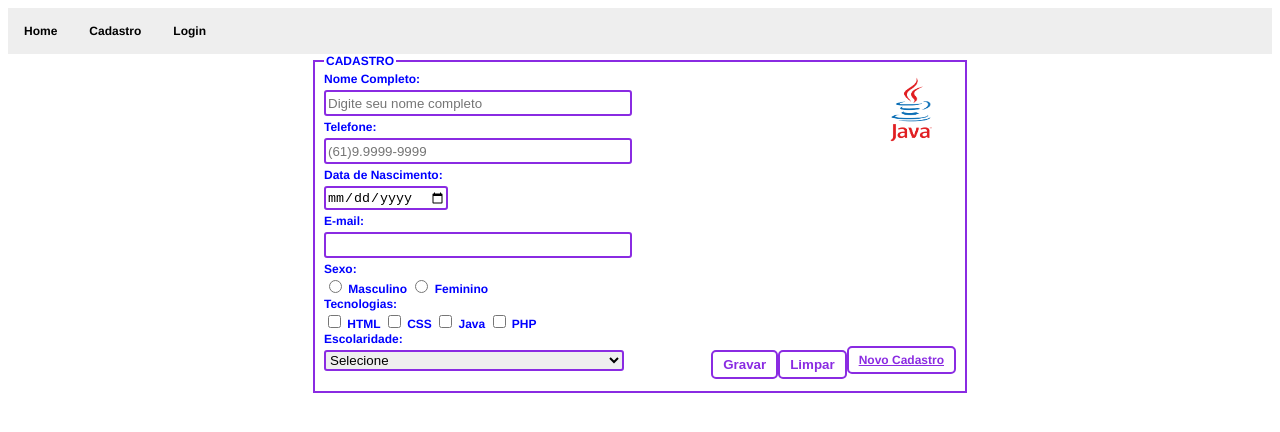
Repository: weristec/form-web
Page: http://localhost/form-cadas-pessoa/form-cadastro.jsp
The author's editor kept a copy of each file at every save. The page is drawn from the files as they stood at one save, then again after the next save.
The browser window is 1280 px wide. The pictures show the whole page.
The page is served by Tomcat 9. Nobody is signed in. The application's start-up code is not run. Other server files are loaded and not shown. Queries for data that is not in the repository find no rows.

Above is the page before, as saved 2021-08-23 20:59:19.
Console error: TypeError: Cannot read properties of null (reading 'setAttribute')

### form-cadas-pessoa/src/main/webapp/form-cadastro.jsp
<%@page import="org.senai.dao.PessoaDao"%>
<%@page import="org.senai.model.Pessoa"%>
<%@ page language="java" contentType="text/html; charset=UTF-8"
	pageEncoding="UTF-8"%>
<!DOCTYPE html>
<html>
<head>
<meta charset="UTF-8">
<title>Insert title here</title>
<link rel="stylesheet" href="css/estilo.css">

    <style>
        .bloco-inline label,
        .bloco-inline input,
        .bloco-inline * {
            display: inline;
        }
    </style>
</head>
<body>
	<%@ include file="menu.jsp"%>
	<%
	Pessoa p = new Pessoa();
	try {
		int id = Integer.parseInt(request.getParameter("id"));
		PessoaDao dao = new PessoaDao();
		p = dao.getPessoa(id);
	} catch (Exception e) {
	}
	//out.print(id);
	%>
    <form action="cadastro">
    <input type="hidden" name="id" value="<%=p.getId()%>">
        <fieldset>
            <legend>CADASTRO</legend>
            <img id="img-java" src="img/java.png" alt="imagem java">
            <label for="nome">Nome Completo:</label>
            <input class="larguraTexto" type="text" id="nome" name="nome"
                placeholder="Digite seu nome completo" value="<%=p.getNomeCompleto()%>">

            <label for="telefone">Telefone:</label>
            <input class="larguraTexto" type="text" placeholder="(61)9.9999-9999"
            	 id="tel" name="tel" value="<%=p.getTelefone()%>">

            <label for="dtNascimento">Data de Nascimento:</label>
            <input class="larguraTexto" type="date"
            	 id="nasc" name="nasc" value="<%=p.getDtNascimento()%>">

            <label for="email">E-mail:</label>
            <input class="larguraTexto" type="email" id="email"
            	name="email" value="<%=p.getEmail()%>">

            <label for="sexo">Sexo:</label>
            <div class="bloco-inline">
                <input type="radio" id="masc" name="sexo" value="m"> <label for="masc"> Masculino</label>
                <input type="radio" id="fem" name="sexo" value="f"> <label for="fem"> Feminino</label>
            </div>

            <label for="">Tecnologias:</label>
            <div class="bloco-inline">
                <input type="checkbox" id="html" name="tecnologia" value="html"> <label for="html"> HTML</label>
                <input type="checkbox" id="css" name="tecnologia" value="css"><label for="css"> CSS</label>
                <input type="checkbox" id="java" name="tecnologia" value="java"><label for="java"> Java</label>
                <input type="checkbox" id="php" name="tecnologia" value="php"><label for="php"> PHP</label>
            </div>

            <label for="">Escolaridade:</label>
            <select name="escolaridade" id="escolaridade">
                <option value="">Selecione</option>
                <option value="Fundamental">Fundamental</option>
                <option value="Ensino Médio">Ensino Médio</option>
                <option value="Superior">Superior</option>
            </select>
            <a class="bt" href="formCadastro.jsp">Novo Cadastro</a>

            <%
			if (p.getId() > 0) {
			%>
			<a class="bt" onclick="return confirm('Você realmente quer apagar esse registro?');"
				href="cadastro?id=<%=p.getId()%>&acao=apagar">Apagar</a>
			<%
			} else {
			%>
			<input type="reset" class="bt" value="Limpar">
			<%
			}
			%>
            <input type="reset" class="bt" value="Gravar">
        </fieldset>
    </form>
    <script type="text/javascript">
		var lsSexo = document.getElementsByName("sexo");
		for (i in lsSexo) {
			if (lsSexo[i].value == '<%=p.getSexo()%>') {
				lsSexo[i].setAttribute('checked', 'checked');
			}
		}

		document.getElementById("escolaridade").value = "<%=p.getEscolaridade()%>";
	<%
	for (String t : p.getTecnologia()) {
	out.println("document.getElementById('" + t + "').setAttribute('checked', 'checked')");
	}
	%>

	</script>
	<div id="tb">
		<%@include file="listaPessoas.jsp" %>
	</div>
</body>
</html>

### form-cadas-pessoa/src/main/webapp/menu.jsp
<%@ page language="java" contentType="text/html; charset=UTF-8"
	pageEncoding="UTF-8"%>


<style>
ul {
	background-color: #eee;
	list-style-type: none;
	margin: 0;
	padding: 0;
	overflow: hidden;
}
li {
	float: left;
}
li a {
	color: black;
	padding: 16px;
	display: block;
	text-align: center;
	text-decoration: none;
}
li a:hover {
	background-color: #ddd;
}
</style>
<ul>
	<li><a href="index.jsp">Home</a></li>
	<li><a href="form-adastro.jsp">Cadastro</a></li>
	<li><a href="login.jsp">Login</a></li>
</ul>

### form-cadas-pessoa/src/main/webapp/listaPessoas.jsp
<%@page import="org.senai.model.Pessoa"%>
<%@page import="java.util.List"%>
<%@page import="org.senai.dao.PessoaDao"%>
<%@page import="java.sql.ResultSet"%>
<%@page import="java.sql.PreparedStatement"%>
<%@ page import="java.sql.Connection"%>
<%@ page import="org.senai.db.Conexao"%>
<%@ page language="java" contentType="text/html; charset=UTF-8"
	pageEncoding="UTF-8"%>

	<%
	PessoaDao objDao = new PessoaDao();
	List<Pessoa> ls = objDao.listaPessoa();
	if (ls.size() > 0) {
	%>
	<table>
		<tr>
			<th>ID</th>
			<th>Nome</th>
			<th>E-mail</th>
			<th>Ação</th>
		</tr>

		<%
		for (Pessoa ps : ls) {
		%>
		<tr>
			<td><%=ps.getId()%></td>
			<td><%=ps.getNomeCompleto()%></td>
			<td><%=ps.getEmail()%></td>
			<td><a href="form-cadastro.jsp?id=<%=ps.getId()%>" >Editar</a>
 			<a href="cadastro?acao=apagar&id=<%=ps.getId()%>" >Apagar</a></td>
		</tr>
		<%
		}
		%>

	</table>
	<%
	}
	%>

### form-cadas-pessoa/src/main/java/org/senai/model/Pessoa.java
package org.senai.model;

public class Pessoa {

	private int id;
	private String nome = "";
	private String tel = "";
	private String nasc = "";
	private String email = "";
	private String sexo = "";
	private String[] tecnologia = {""};
	private String escolaridade = "";

	public int getId() {
		return id;
	}

	public void setId(int id) {
		this.id = id;
	}

	public String getNomeCompleto() {
		return nome;
	}

	public void setNomeCompleto(String nome) {
		this.nome = nome;
	}

	public String getTelefone() {
		return tel;
	}

	public void setTelefone(String tel) {
		this.tel = tel;
	}

	public String getDtNascimento() {
		return nasc;
	}

	public void setDtNascimento(String nasc) {
		this.nasc = nasc;
	}

	public String getEmail() {
		return email;
	}

	public void setEmail(String email) {
		this.email = email;
	}

	public String getSexo() {
		return sexo;
	}

	public void setSexo(String sexo) {
		this.sexo = sexo;
	}

	public String[] getTecnologia() {
		return tecnologia;
	}

	public void setTecnologia(String[] tecnologia) {
		this.tecnologia = tecnologia;
	}

	public String getEscolaridade() {
		return escolaridade;
	}

	public void setEscolaridade(String escolaridade) {
		this.escolaridade = escolaridade;
	}

}

### form-cadas-pessoa/src/main/java/org/senai/dao/PessoaDao.java
package org.senai.dao;

import java.io.PrintWriter;
import java.sql.Connection;
import java.sql.PreparedStatement;
import java.sql.ResultSet;
import java.util.ArrayList;
import java.util.List;

import org.senai.db.Conexao;
import org.senai.model.Pessoa;

public class PessoaDao {
	//ADD
	public boolean adicionar(Pessoa objP) {
		String lsTecnologia = "";
		for (String t : objP.getTecnologia()) {
			lsTecnologia += t + ",";
		}
		try {
			Connection cont = Conexao.conectar();

			String sql = "insert into pessoa (nome, tel, nasc, email, sexo, tecnologia, escolaridade ) "
					+ "values('" + objP.getNomeCompleto() + "', '" + objP.getTelefone() + "', '"
					+ objP.getDtNascimento() + "', '" + objP.getEmail() + "', '" + objP.getSexo() + "', '"
					+ lsTecnologia + "', '" + objP.getEscolaridade() + "') ";
			PreparedStatement pst = cont.prepareStatement(sql);
			pst.execute();
			pst.close();
			cont.close();
			return true;
		} catch (Exception e) {
			e.printStackTrace();
		}
		return false;
	}

	//READ
	public List<Pessoa> listaPessoa(){
		List<Pessoa> ls = new ArrayList<>();
		try {
			Connection cont = Conexao.conectar();
			PreparedStatement pst = cont.prepareStatement("select * from pessoa order by id");
			ResultSet rs = pst.executeQuery();
			while (rs.next()) {
				Pessoa p = new Pessoa();
				p.setNomeCompleto(rs.getString("nome"));
				p.setEmail(rs.getString("email"));
				p.setId(rs.getInt("id"));
				ls.add(p);
			}
			cont.close();
		} catch (Exception e) {
			e.printStackTrace();
		}
		return ls;
	}

	public Pessoa getPessoa(int id) {
		Pessoa p = new Pessoa();
		try {
			Connection cont = Conexao.conectar();
			PreparedStatement pst = cont.prepareStatement("select * from pessoa where id = ? ");
			pst.setInt(1, id);
			ResultSet rs = pst.executeQuery();
			while (rs.next()) {
				p.setNomeCompleto(rs.getString("nome"));
				p.setEmail(rs.getString("email"));
				p.setTelefone(rs.getString("tel"));
				p.setDtNascimento(rs.getString("nasc"));
				p.setSexo(rs.getString("sexo"));
				p.setTecnologia(rs.getString("tecnologia").split(","));
				p.setEscolaridade(rs.getString("escolaridade"));
				p.setId(rs.getInt("id"));
			}
			cont.close();
		} catch (Exception e) {
			e.printStackTrace();
		}

		return p;
	}

	//UPDATE
	public boolean alterar(Pessoa objP) {
		String lsTecnologia = "";
		for (String t : objP.getTecnologia()) {
			lsTecnologia += t + ",";
		}
		try {
			Connection cont = Conexao.conectar();

			String sql = " update pessoa set "
					+ "nome   = ?,"
					+ "tel        = ?,"
					+ "nasc   = ?,"
					+ "email           = ?,"
					+ "sexo            = ?,"
					+ "tecnologia      = ?,"
					+ "escolaridade    = ?"
					+ "where "
					+ "id				= ?";

			PreparedStatement pst = cont.prepareStatement(sql);
			pst.setString(1, objP.getNomeCompleto());
			pst.setString(2, objP.getTelefone());
			pst.setString(3, objP.getDtNascimento());
			pst.setString(4, objP.getEmail());
			pst.setString(5, objP.getSexo());
			pst.setString(6, lsTecnologia);
			pst.setString(7,objP.getEscolaridade());
			pst.setInt(8, objP.getId());

			pst.execute();
			pst.close();
			cont.close();
			return true;
		} catch (Exception e) {
			e.printStackTrace();
		}
		return false;
	}

	//DELETE
	public boolean apagar(int id) {
		try {
			Connection cont = Conexao.conectar();

			String sql = " delete from pessoa where  id = ?";

			PreparedStatement pst = cont.prepareStatement(sql);
			pst.setInt(1, id);

			pst.execute();
			pst.close();
			cont.close();
			return true;
		} catch (Exception e) {
			e.printStackTrace();
		}
		return false;
	}



}

### form-cadas-pessoa/src/main/java/org/senai/db/Conexao.java
package org.senai.db;
import java.sql.Connection;
import java.sql.DriverManager;

public class Conexao {
	public static Connection conectar() {
		try {
			Class.forName("org.postgresql.Driver");
			String url = "jdbc:postgresql://chunee.db.elephantsql.com:5432/wbuhhaks";
			String usuarioDb = "wbuhhaks";
			String senhaDb = "a0p5pPiSOLKrxzPs0yj5BggNfrSUGfQJ";
			return DriverManager.getConnection(url, usuarioDb, senhaDb);
		} catch (Exception e) {
			// TODO Auto-generated catch block
			System.out.println("Erro de conexão");
			e.printStackTrace();
			return null;

		}

	}
}

### form-cadas-pessoa/src/main/webapp/css/estilo.css
fieldset {
    width: 50%;
    margin: auto;
    border: 2px solid blueviolet;
}

body {
    font-family: Helvetica, sans-serif;
    font-size: 12px;
    font-weight: bold;
    color: blue;
  }

label,
input,
.classe,
#identificacao {
    display: block;
}

input[type=text], input[type=email], input[type=password], select{
    width: 300px;
}

input, select {
    margin-top: 4px;
    margin-bottom: 4px;
    border: 2px solid blueviolet;
    border-radius: 3px;

}

.larguraTexto{
    height: 20px;
}

.bt {
    border: 2px solid blueviolet;
    background-color: white;
    font-weight: bold;
    color:blueviolet;
    padding: 5px 10px;
    border-radius: 5px;
    float: right;
}
.bt3{
	width: 100px;
	border: 2px solid blueviolet;
    background-color: white;
    font-weight: bold;
    color:blueviolet;
    padding: 5px 10px;
    border-radius: 5px;
    text-align: center;
}

.bt:hover {
    cursor: pointer;
    background-color: blueviolet;
    color: white;
}


#img-java{
    float: right;
    height: 75px;
    width: 90px;
}

After the next save:
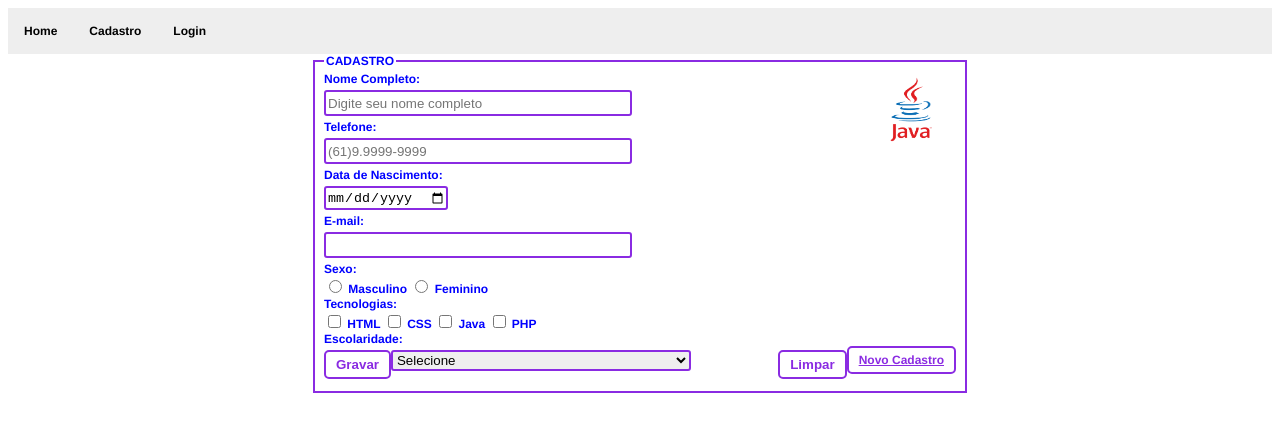
Saved 5 min 4 s later.
--- a/form-cadas-pessoa/src/main/webapp/form-cadastro.jsp
+++ b/form-cadas-pessoa/src/main/webapp/form-cadastro.jsp
@@ -85,7 +85,7 @@
 			<%
 			}
 			%>
-            <input type="reset" class="bt" value="Gravar">
+            <input type="reset" class="bt" value="Gravar" style="float:left">
         </fieldset>
     </form>
     <script type="text/javascript">
